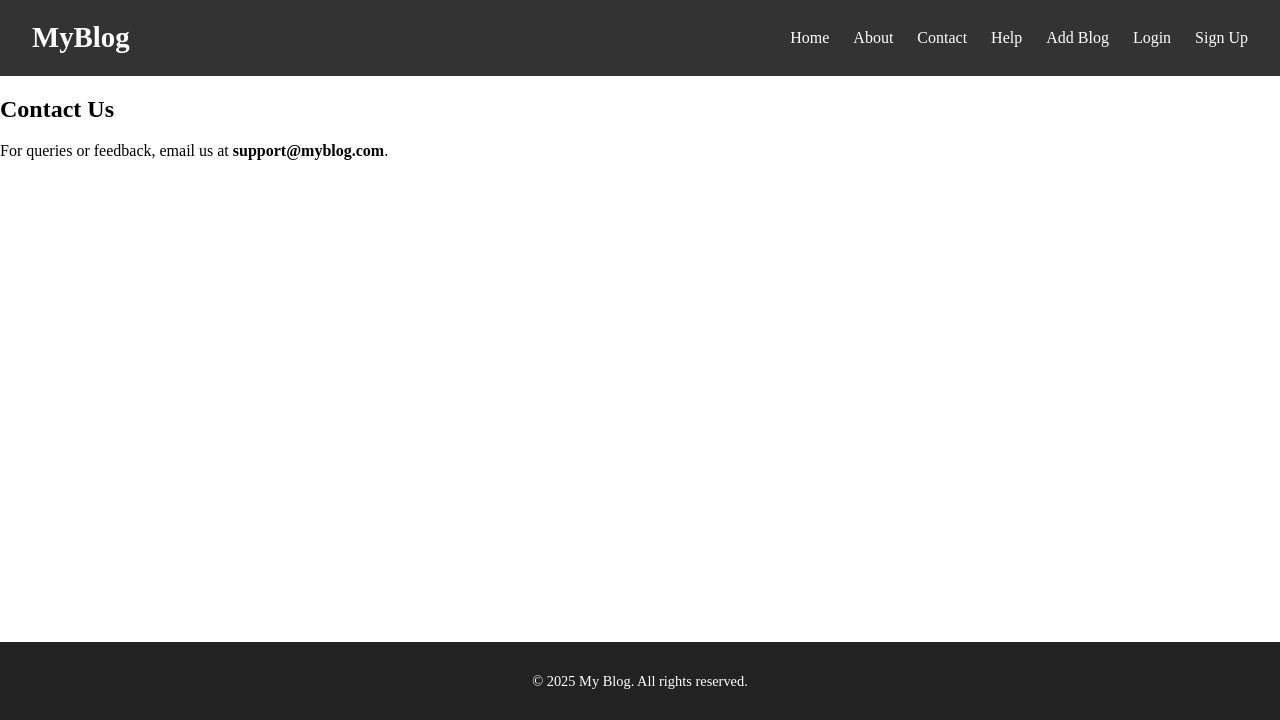
Repository: ankitg-02/FLASK
Page: http://localhost/contact
An editor plug-in stored every save of this project. The page is shown before and after the next save, followed by the edit.
The browser window is 1280 px wide. The pictures show the whole page.
The page is served by the project's application, run on Flask 3 (app.py).

Above is the page before, as saved 2025-05-19 22:01:42.

### Project2/templates/contact.html
{% extends "base.html" %} {% block title %}Contact | My Blog{% endblock %} {%
block content %}
<h2 class="text-center">Contact Us</h2>
<p class="text-center">
  For queries or feedback, email us at <strong>support@myblog.com</strong>.
</p>
{% endblock %}

### Project2/templates/base.html
<!DOCTYPE html>
<html lang="en">
  <head>
    <meta charset="UTF-8" />
    <title>{% block title %}My Blog{% endblock %}</title>
    <link
      rel="stylesheet"
      href="{{ url_for('static', filename='css/style.css') }}"
    />
    <meta name="viewport" content="width=device-width, initial-scale=1" />
  </head>
  <body>
    <div class="wrapper">
      <nav class="navbar">
        <div class="nav-container">
          <a href="{{ url_for('index') }}" class="nav-logo">MyBlog</a>
          <ul class="nav-menu" id="nav-menu">
            <li><a href="{{ url_for('index') }}" class="nav-link">Home</a></li>
            <li><a href="{{ url_for('about') }}" class="nav-link">About</a></li>
            <li>
              <a href="{{ url_for('contact') }}" class="nav-link">Contact</a>
            </li>
            <li><a href="{{ url_for('help') }}" class="nav-link">Help</a></li>
            <li>
              <a href="{{ url_for('add_blog') }}" class="nav-link">Add Blog</a>
            </li>

            {% if current_user.is_authenticated %}
            <li>
              <a href="{{ url_for('logout') }}" class="nav-link nav-link-button"
                >Logout</a
              >
            </li>
            {% else %}
            <li><a href="{{ url_for('login') }}" class="nav-link">Login</a></li>
            <li>
              <a href="{{ url_for('signup') }}" class="nav-link nav-link-button"
                >Sign Up</a
              >
            </li>
            {% endif %}
          </ul>
          <div class="nav-toggle" id="nav-toggle">
            <span></span>
            <span></span>
            <span></span>
          </div>
        </div>
      </nav>

      <main>{% block content %}{% endblock %}</main>

      <footer class="footer">
        <p>&copy; 2025 My Blog. All rights reserved.</p>
      </footer>
    </div>

    <script>
      const navToggle = document.getElementById("nav-toggle");
      const navMenu = document.getElementById("nav-menu");

      navToggle.addEventListener("click", () => {
        navMenu.classList.toggle("nav-menu_visible");
        navToggle.classList.toggle("nav-toggle_active");
      });
    </script>
  </body>
</html>

### Project2/app.py
from flask import Flask, render_template, request, redirect, url_for, flash
from flask_sqlalchemy import SQLAlchemy
from flask_login import LoginManager, UserMixin, login_user, login_required, logout_user, current_user
from werkzeug.security import generate_password_hash, check_password_hash
from datetime import datetime

app = Flask(__name__)
app.secret_key = "secretkey"

# Database configuration
app.config['SQLALCHEMY_DATABASE_URI'] = 'sqlite:///blogs.db'
app.config['SQLALCHEMY_TRACK_MODIFICATIONS'] = False
db = SQLAlchemy(app)

# Flask-Login setup
login_manager = LoginManager()
login_manager.init_app(app)
login_manager.login_view = 'login'

# User model
class User(db.Model, UserMixin):
    id = db.Column(db.Integer, primary_key=True)
    username = db.Column(db.String(100), unique=True, nullable=False)
    email = db.Column(db.String(120), unique=True, nullable=False)
    password = db.Column(db.String(200), nullable=False)

# Blog model
class Blog(db.Model):
    id = db.Column(db.Integer, primary_key=True)
    author = db.Column(db.String(100), nullable=False)
    email = db.Column(db.String(120), nullable=False)
    phone = db.Column(db.String(15), nullable=False)
    title = db.Column(db.String(200), nullable=False)
    content = db.Column(db.Text, nullable=False)
    date_posted = db.Column(db.DateTime, default=datetime.utcnow)

@login_manager.user_loader
def load_user(user_id):
    return User.query.get(int(user_id))

# Routes
@app.route('/')
def index():
    blogs = Blog.query.order_by(Blog.date_posted.desc()).all()
    return render_template('index.html', blogs=blogs)

@app.route('/about')
def about():
    return render_template('about.html')

@app.route('/contact')
def contact():
    return render_template('contact.html')

@app.route('/help')
def help():
    return render_template('help.html')

@app.route('/add_blog', methods=['GET', 'POST'])
@login_required
def add_blog():
    if request.method == 'POST':
        author = request.form['author']
        email = request.form['email']
        phone = request.form['phone']
        title = request.form['title']
        content = request.form['content']

        new_blog = Blog(
            author=author,
            email=email,
            phone=phone,
            title=title,
            content=content
        )

        try:
            db.session.add(new_blog)
            db.session.commit()
            flash("✅ Blog added successfully!", "success")
            return redirect(url_for('index'))
        except Exception as e:
            flash(f"❌ Error: {str(e)}", "danger")
            return redirect(url_for('add_blog'))

    return render_template('add_blog.html')

@app.route('/signup', methods=['GET', 'POST'])
def signup():
    if request.method == 'POST':
        username = request.form['username']
        email = request.form['email']
        password = generate_password_hash(request.form['password'])

        user = User(username=username, email=email, password=password)
        try:
            db.session.add(user)
            db.session.commit()
            flash("✅ Account created. Please log in.", "success")
            return redirect(url_for('login'))
        except:
            flash("❌ Username or Email already exists.", "danger")
            return redirect(url_for('signup'))

    return render_template('signup.html')

@app.route('/login', methods=['GET', 'POST'])
def login():
    if request.method == 'POST':
        email = request.form['email']
        password = request.form['password']
        user = User.query.filter_by(email=email).first()
        if user and check_password_hash(user.password, password):
            login_user(user)
            flash("✅ Logged in successfully.", "success")
            return redirect(url_for('index'))
        else:
            flash("❌ Invalid credentials.", "danger")
            return redirect(url_for('login'))
    return render_template('login.html')

@app.route('/logout')
@login_required
def logout():
    logout_user()
    flash("🔒 Logged out.", "info")
    return redirect(url_for('index'))

# Run app
if __name__ == '__main__':
    with app.app_context():
        db.create_all()
    app.run(debug=True)

### Project2/static/css/style.css
html, body {
  height: 100%;
  margin: 0;
  padding: 0;
}

.wrapper {
  display: flex;
  flex-direction: column;
  min-height: 100vh;
}
main {
  flex: 1;
}

.navbar {
  background-color: #333;
  color: white;
  padding: 0.8rem 2rem;
  position: sticky;
  top: 0;
  z-index: 1000;
}

.nav-container {
  display: flex;
  justify-content: space-between;
  align-items: center;
}

.nav-logo {
  font-size: 1.8rem;
  font-weight: bold;
  color: white;
  text-decoration: none;
}

.nav-menu {
  list-style: none;
  display: flex;
  gap: 1.5rem;
}

.nav-link {
  text-decoration: none;
  color: white;
  transition: color 0.3s ease;
}

.nav-link:hover {
  color: #00bfff;
}

.nav-button {
  background-color: #00bfff;
  padding: 0.5rem 1rem;
  border-radius: 5px;
  color: white;
}

.nav-toggle {
  display: none;
  flex-direction: column;
  cursor: pointer;
}

.nav-toggle .bar {
  height: 3px;
  width: 25px;
  background-color: white;
  margin: 4px 0;
  transition: all 0.3s;
}

/* Mobile view */
@media (max-width: 768px) {
  .nav-menu {
    flex-direction: column;
    position: absolute;
    top: 60px;
    right: 0;
    background-color: #333;
    width: 100%;
    max-height: 0;
    overflow: hidden;
    transition: max-height 0.3s ease;
  }

  .nav-menu-visible {
    max-height: 400px;
  }

  .nav-toggle {
    display: flex;
  }

  .nav-menu li {
    margin: 1rem 0;
    text-align: center;
  }
}

.main-content {
  padding: 2rem;
  text-align: center;
}

.footer {
  background-color: #222;
  color: #fff;
  padding: 1rem;
  text-align: center;
  font-size: 0.9rem;
}
.form-container {
  max-width: 500px;
  margin: 2rem auto;
  background-color: #ffffff;
  padding: 2rem;
  border-radius: 10px;
  box-shadow: 0 8px 20px rgba(0, 0, 0, 0.05);
  text-align: center;
}

.form-container h2 {
  margin-bottom: 1rem;
  color: #333;
}

.form-container form {
  display: flex;
  flex-direction: column;
  gap: 1rem;
}

.form-container input,
.form-container textarea {
  padding: 0.75rem;
  border: 1px solid #ccc;
  border-radius: 8px;
  font-size: 1rem;
}

.form-container textarea {
  resize: vertical;
}

.form-button {
  background-color: #00bfff;
  color: white;
  padding: 0.75rem;
  border: none;
  border-radius: 8px;
  cursor: pointer;
  transition: background-color 0.3s ease;
  font-size: 1rem;
}

.form-button:hover {
  background-color: #009ace;
}

.form-container p {
  margin-top: 1rem;
  font-size: 0.95rem;
}

.form-container a {
  color: #00bfff;
  text-decoration: none;
}

After the next save:
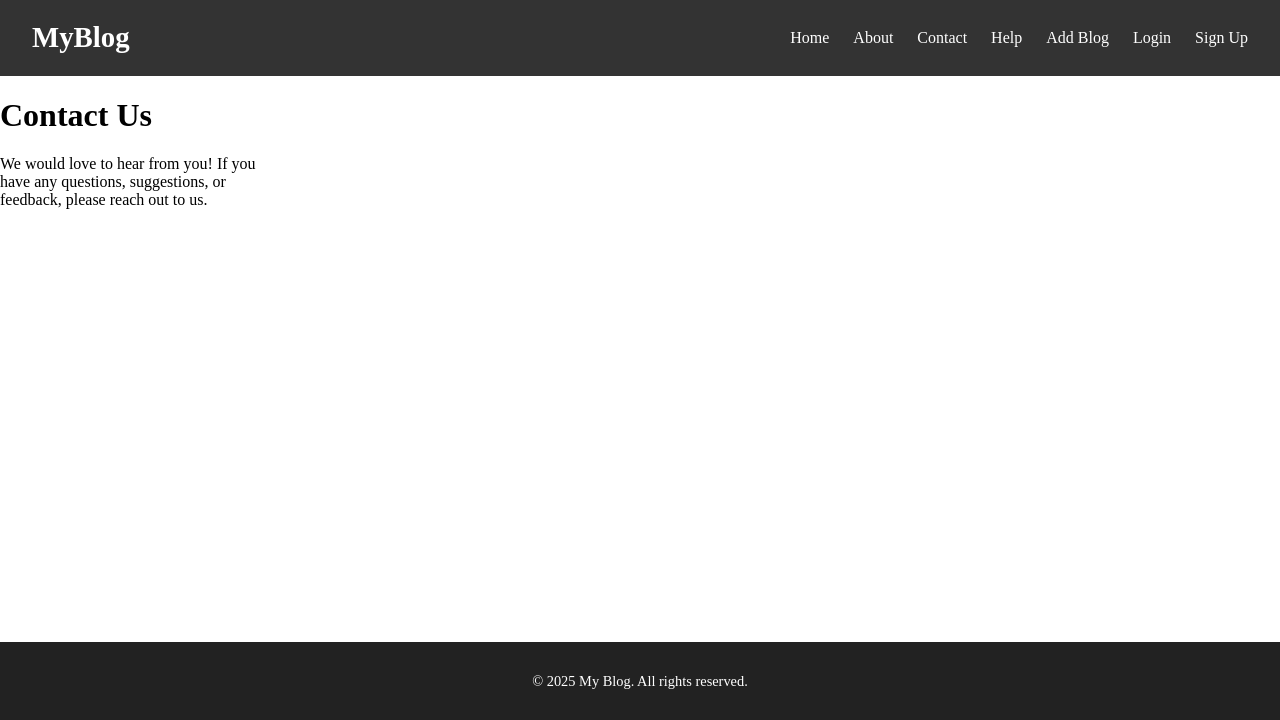
Saved 34 s later.
--- a/Project2/templates/contact.html
+++ b/Project2/templates/contact.html
@@ -1,7 +1,10 @@
 {% extends "base.html" %} {% block title %}Contact | My Blog{% endblock %} {%
 block content %}
-<h2 class="text-center">Contact Us</h2>
-<p class="text-center">
-  For queries or feedback, email us at <strong>support@myblog.com</strong>.
-</p>
+<div class="card mb-3" ,align-items="center" style="width: 18rem">
+  <h1 class="text-center mb-4" ,align-items="center">Contact Us</h1>
+  <p class="text-center">
+    We would love to hear from you! If you have any questions, suggestions, or
+    feedback, please reach out to us.
+  </p>
+</div>
 {% endblock %}
